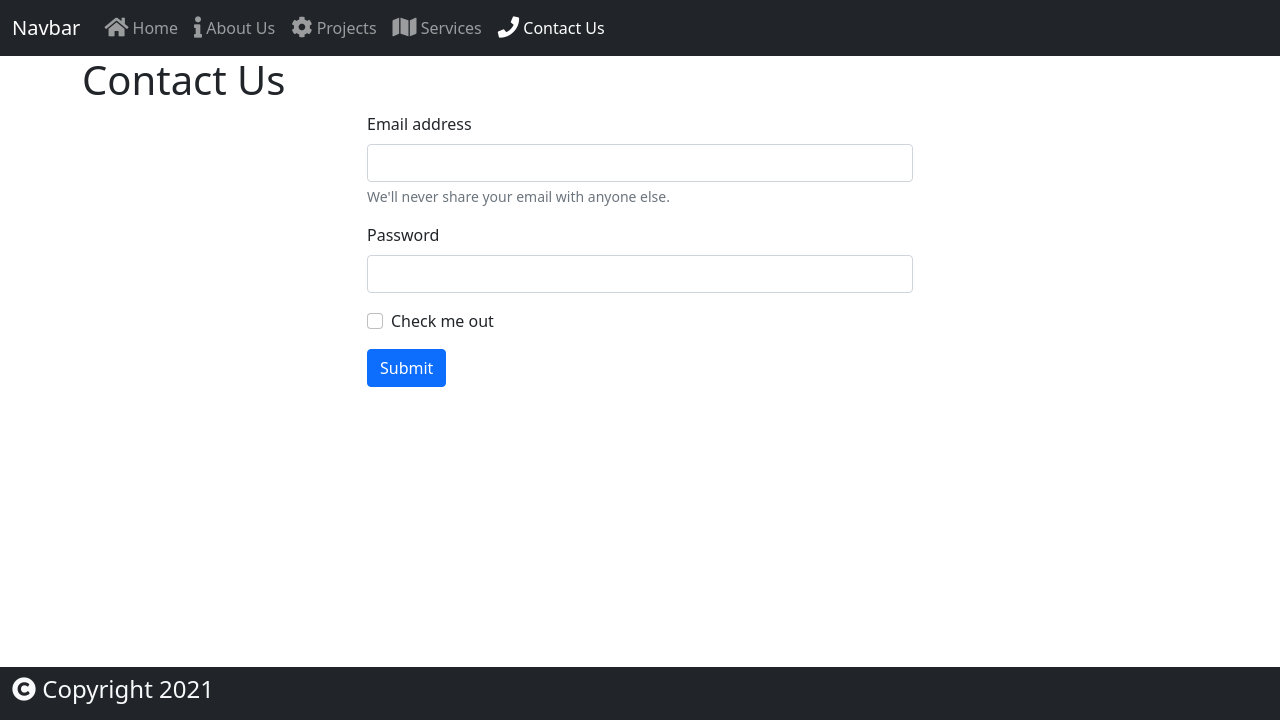
Repository: CKM206/WEBD6201-W2021---ICE1
Page: contact.html
These files come from the project's save history. The page is drawn as it stood at one moment and after the next save; the edit follows.
The browser window is 1280 px wide. The pictures show the whole page.

Above is the page before, as saved 2021-01-21 09:21:40.

After the next save:
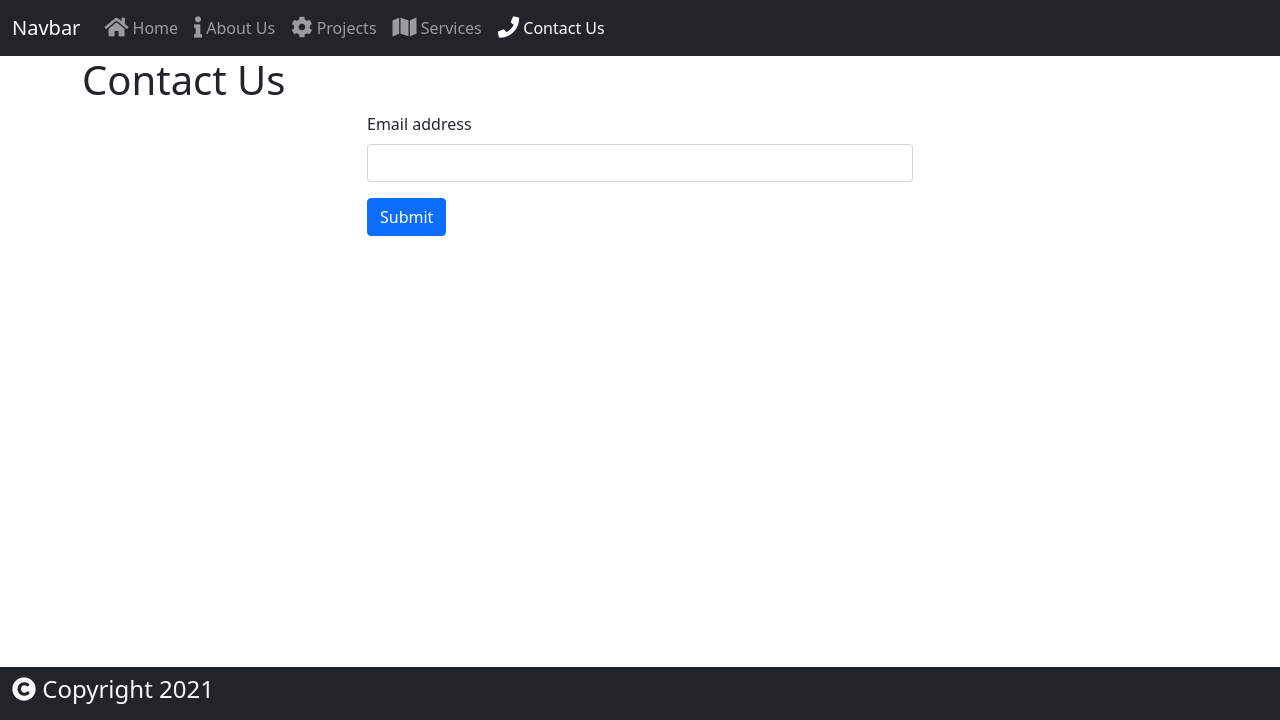
Saved 26 s later.
--- a/contact.html
+++ b/contact.html
@@ -55,15 +55,6 @@
           <div class="mb-3">
             <label for="exampleInputEmail1" class="form-label">Email address</label>
             <input type="email" class="form-control" id="exampleInputEmail1" aria-describedby="emailHelp">
-            <div id="emailHelp" class="form-text">We'll never share your email with anyone else.</div>
-          </div>
-          <div class="mb-3">
-            <label for="exampleInputPassword1" class="form-label">Password</label>
-            <input type="password" class="form-control" id="exampleInputPassword1">
-          </div>
-          <div class="mb-3 form-check">
-            <input type="checkbox" class="form-check-input" id="exampleCheck1">
-            <label class="form-check-label" for="exampleCheck1">Check me out</label>
           </div>
           <button type="submit" class="btn btn-primary">Submit</button>
         </form>
